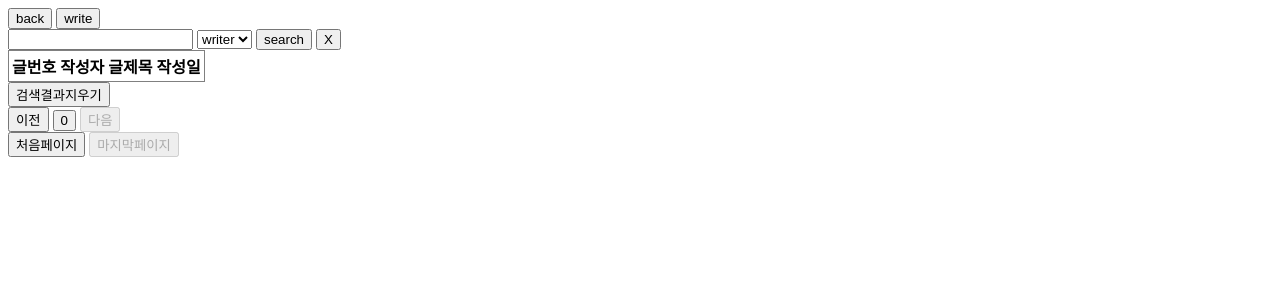
Repository: phoresis92/KITRI-spring
Page: http://localhost/springWeb/WEB-INF/views/board/list.jsp
These files come from the project's save history. The page is drawn as it stood at one moment and after the next save; the edit follows.
The browser window is 1280 px wide. The pictures show the whole page.
The page is served by Tomcat 9. Nobody is signed in. The template is opened directly, without the code that normally fills it, so the values that code supplies are empty.

Above is the page before, as saved 2019-01-28 05:33:50.
Console error: ReferenceError: type is not defined

After the next save:
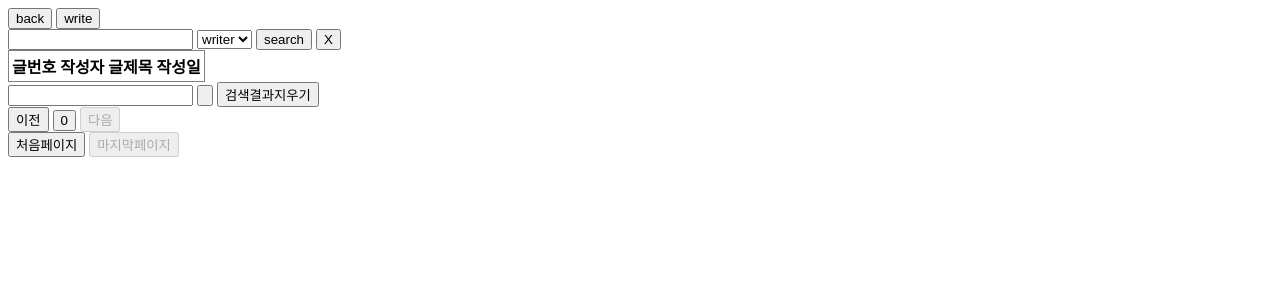
The error is gone.
Saved 2 min 35 s later.
--- a/springWeb/src/main/webapp/WEB-INF/views/board/list.jsp
+++ b/springWeb/src/main/webapp/WEB-INF/views/board/list.jsp
@@ -122,6 +122,10 @@
 
 
 	//==============================================================================
+
+		$('#search').click(function(){
+		var word = $('#word').val();
+		var type = $('input [type=radio]')
 		var param = "type="+type+"&word="+w;
 		$.ajax({
 			type: 'POST',
@@ -145,7 +149,9 @@
 
 
 			}
-		});
+		});//ajax end
+
+		})//click end
 
 		$('#clear').click(function(){
 			$('#resultList').html('');
@@ -228,6 +234,8 @@
 </table>
 
 
+<input type="text" id="word">
+<input type="button" id="search">
 <input type="button" id="clear" value="검색결과지우기">
 <div id="resultList"></div>
 
